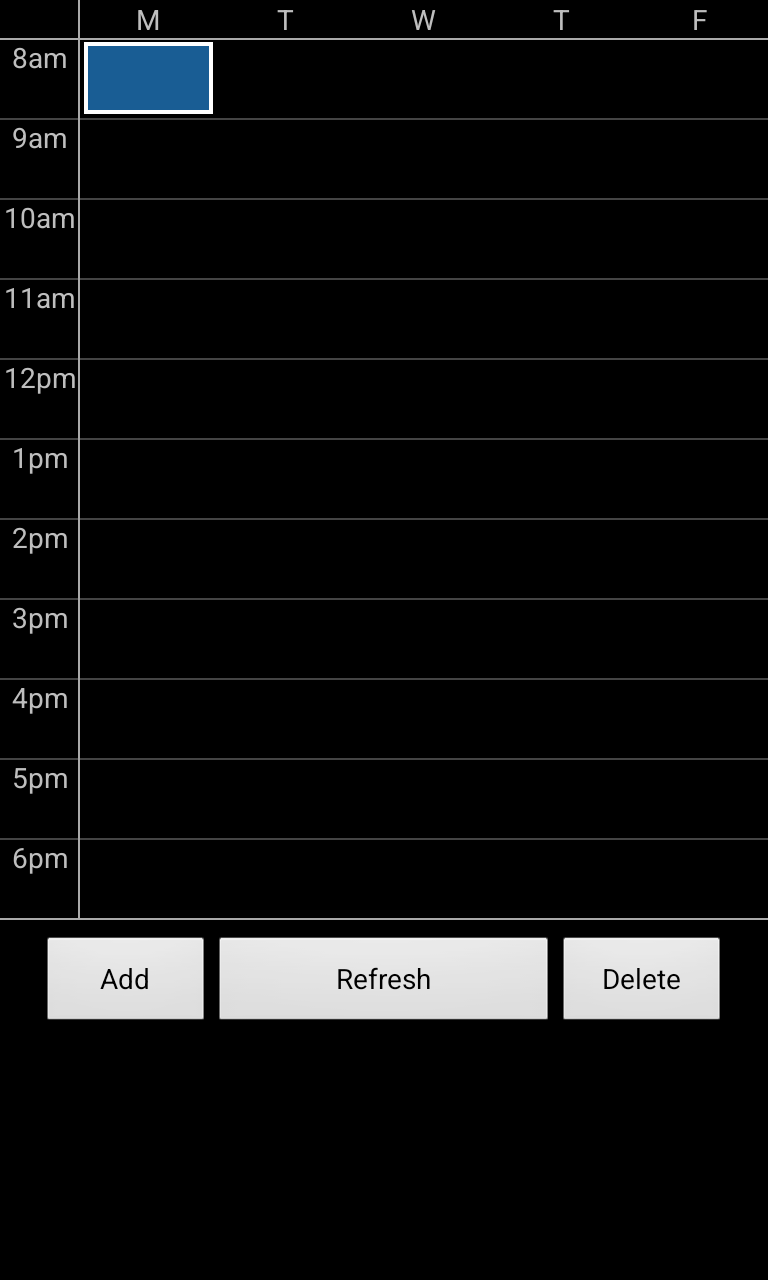
Repository: appsfactory/OfficeHours
Layout: OfficeHoursClient/res/layout/activity_schedule_view.xml
The author's editor kept a copy of each file at every save. The layout is drawn from the files as they stood at one save, then again after the next save.
It is drawn on a 768 x 1280 px phone screen (xhdpi) without system bars, with theme AppTheme; the app's code is not run.

Above is the layout before, as saved 2012-09-27 17:59:11.

After the next save:
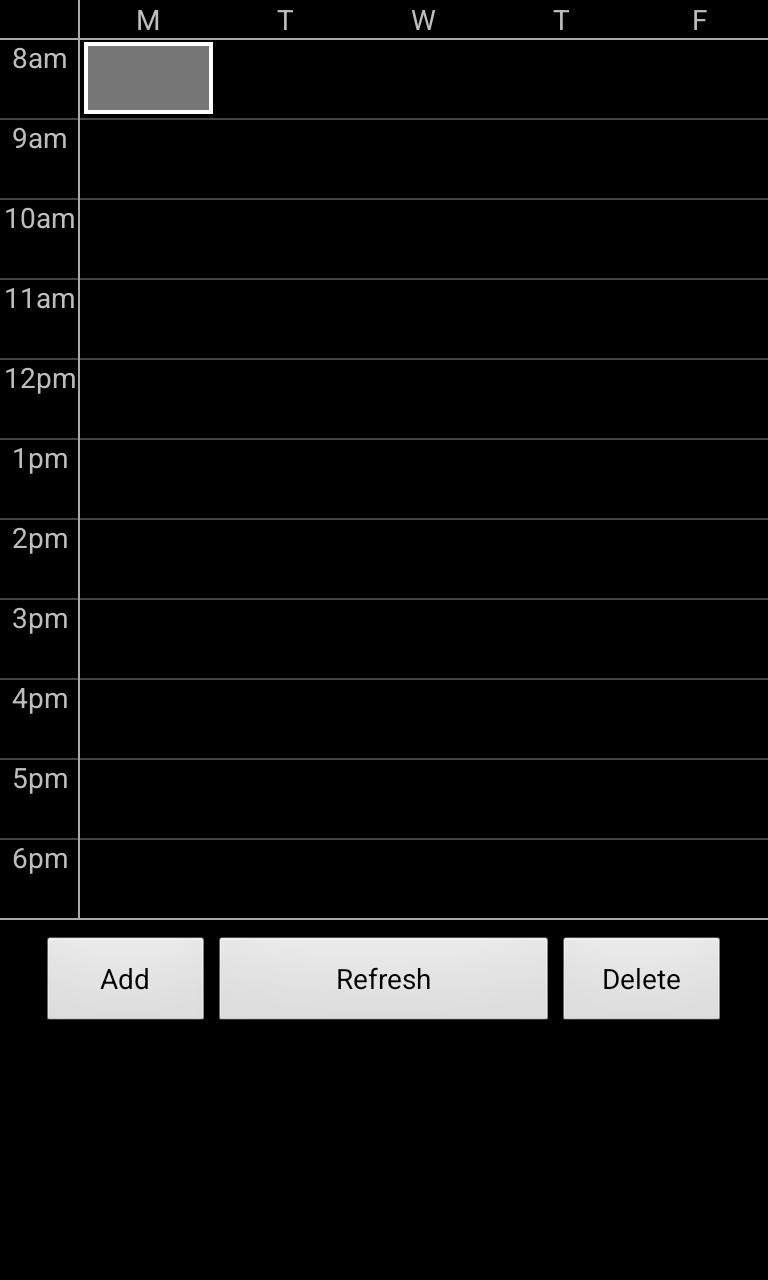
Saved 27 s later.
--- a/OfficeHoursClient/res/layout/activity_schedule_view.xml
+++ b/OfficeHoursClient/res/layout/activity_schedule_view.xml
@@ -238,7 +238,7 @@
                             android:layout_weight="1" >
 
 							<View android:background="#FFFFFF" android:layout_width = "fill_parent" android:layout_height="36dp" android:layout_margin="2dp" />
-							<View android:background="#195D94" android:layout_width = "fill_parent" android:layout_height="32dp" android:layout_margin="4dp" />
+							<View android:background="#777" android:layout_width = "fill_parent" android:layout_height="32dp" android:layout_margin="4dp" />
 
                         </RelativeLayout>
 
